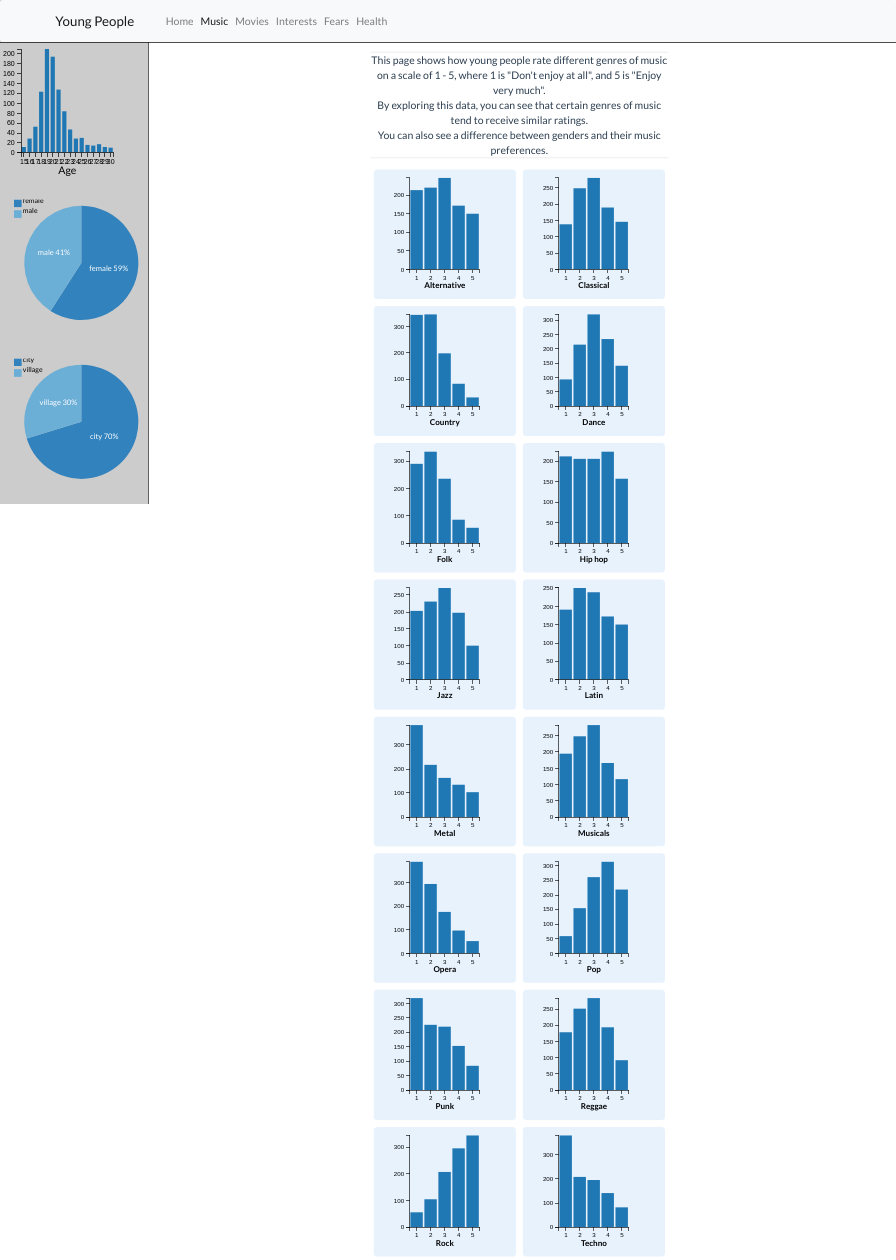
Repository: BrendanMolloy/milestone2
Page: music.html
The author's editor kept a record of every edit. The page is drawn from the files as they stood at one moment, then again after the next edit.
The browser window is 1280 px wide. The pictures show the whole page, at 70% of full size.
Some web libraries are served in a nearby version.

Above is the page before.

After the next edit:
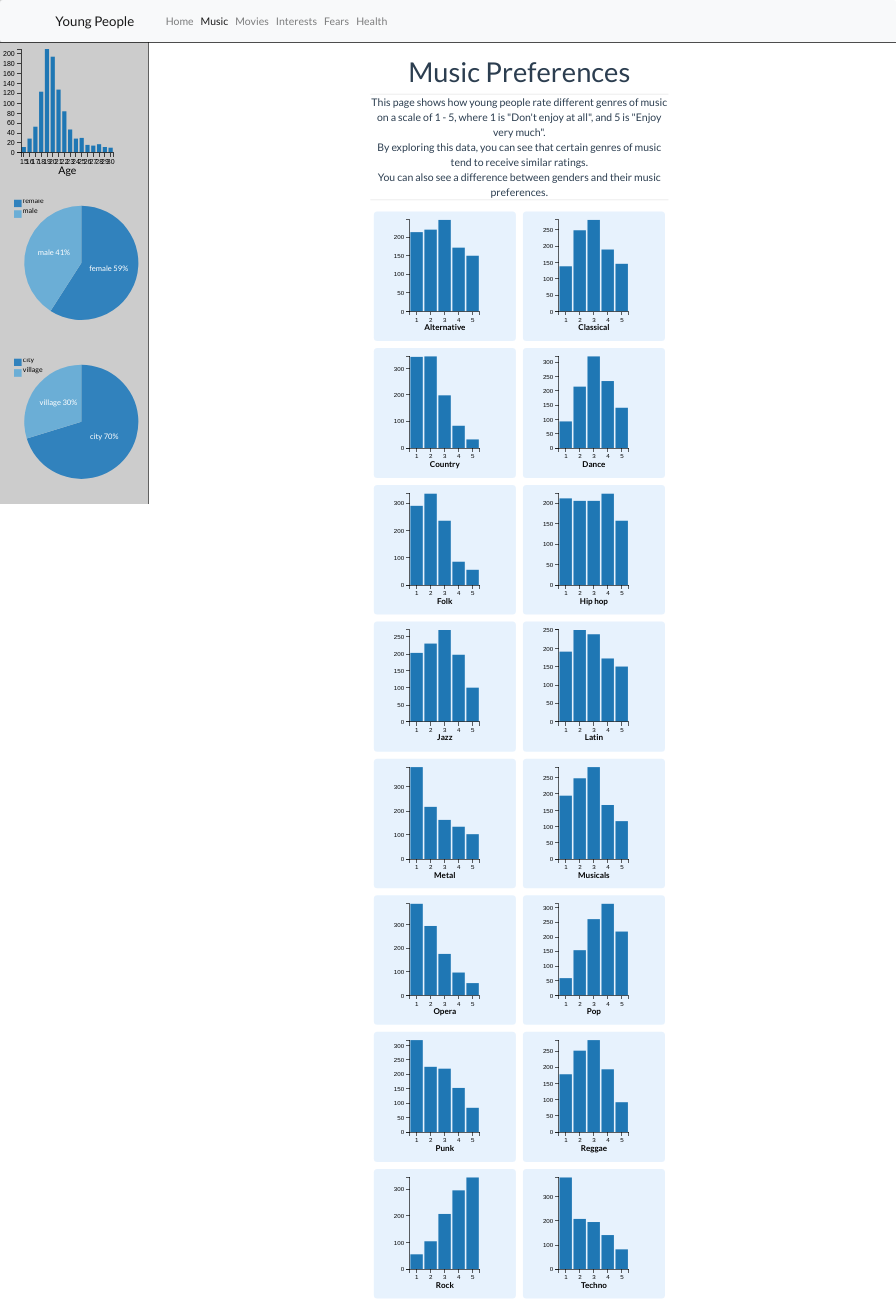
The edit:
--- a/css/style.css
+++ b/css/style.css
@@ -79,7 +79,7 @@
   max-width: 100vw;
   padding-left: 40%;
   padding-right: 5%;
-  /*padding-top: 60px; */
+  padding-top: 60px;
 }
 
 .badge {
